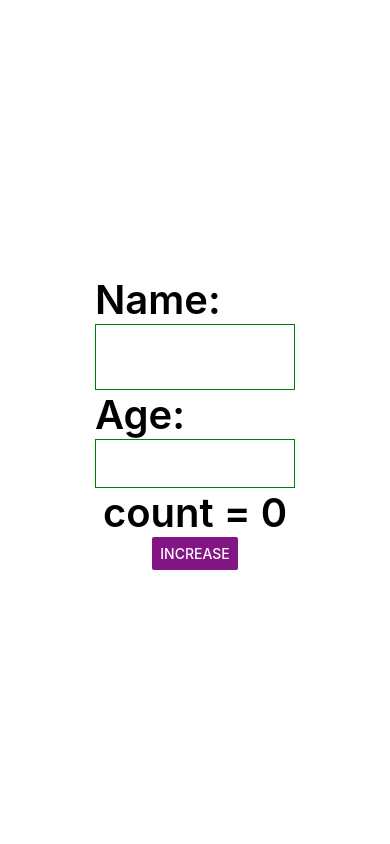
Repository: Ducbii4202/React-Native
Screen: /
These files come from the project's save history. The screen is drawn as it stood at one moment and after the next save; the edit follows.
The app was drawn by React Native's web renderer in a window 390 px wide. The project was rebuilt for these pictures with package versions that can differ from the ones it lists, and the page was loaded fresh each time.

Above is the screen before, as saved 2024-09-15 15:41:33.

### App.tsx

import { useState } from 'react';
import { Button, StyleSheet, Text, TextInput, View } from 'react-native';

export default function App() {
  const [count, setCount] = useState(0);
  const [name, setName] = useState("");
  const [age, setAge]= useState("");

  return (
    <View style={styles.container}>
      <View>
        <Text style={{ fontSize: 40, fontWeight: "600" }}>
          Name: {name}</Text>
        <TextInput
        style={styles.input}
        multiline
        onChangeText={(value) => setName(value)}
      />
      </View>

      <View>
        <Text style={{ fontSize: 40, fontWeight: "600" }}>
          Age: {age}</Text>
        <TextInput
        style={styles.input}
          onChangeText={(value) => setAge(value)}
          keyboardType='numeric'
      />
      </View>

      <Text style={{fontSize:40, fontWeight:"600"}}>
      count = {count}
      </Text>
      <View>
        <Button color="#841584"
          title='Increase'
          onPress={() => setCount(count + 1)} />
      </View>
    </View>
  );
}


//css in js
const styles = StyleSheet.create({
  container: {
    flex: 1,
    backgroundColor: '#fff',
    alignItems: 'center',
    justifyContent: 'center',
  },
  hello1: {
    color: "violet",
    borderColor: "pink",
    borderWidth: 1,
    fontSize: 30,
    padding:10,
  },
  header: {
    fontSize: 30,
    fontWeight:"600",
  },
  input: {
    borderColor: "green",
          borderWidth: 1,
          width: 200,
          padding: 15,
  }
});

After the next save:
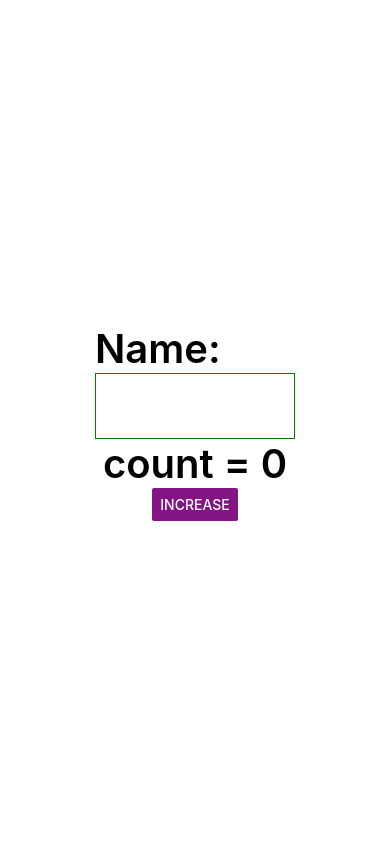
Saved 38 s later.
--- a/App.tsx
+++ b/App.tsx
@@ -19,7 +19,7 @@ export default function App() {
       />
       </View>
 
-      <View>
+      {/* <View>
         <Text style={{ fontSize: 40, fontWeight: "600" }}>
           Age: {age}</Text>
         <TextInput
@@ -27,7 +27,7 @@ export default function App() {
           onChangeText={(value) => setAge(value)}
           keyboardType='numeric'
       />
-      </View>
+      </View> */}
 
       <Text style={{fontSize:40, fontWeight:"600"}}>
       count = {count}
